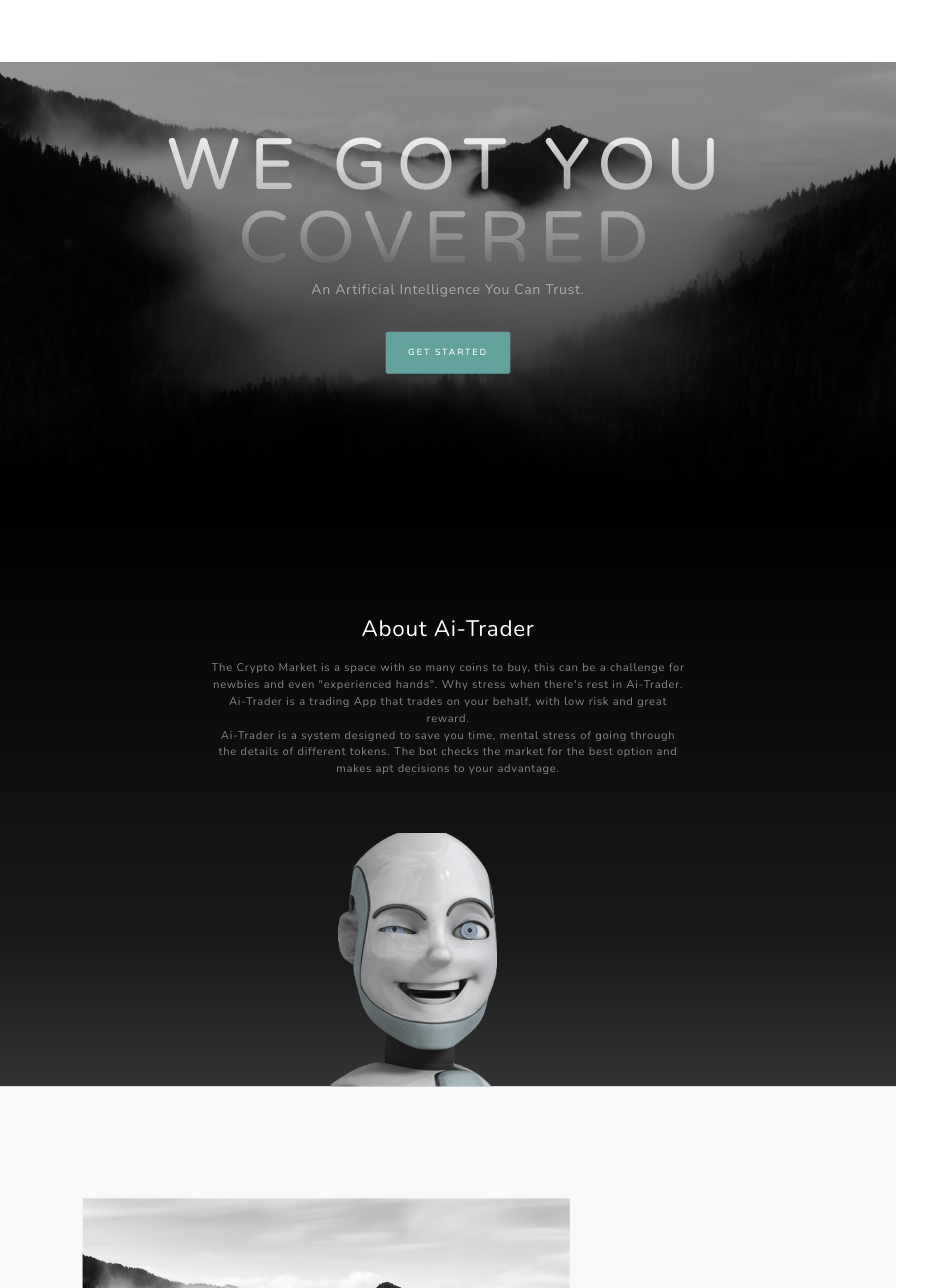
Repository: seyicoded/ico_one
Page: docs/index.html
The author's editor kept a copy of each file at every save. The page is drawn from the files as they stood at one save, then again after the next save.
The browser window is 1280 px wide. The page is 1280 px wide, then 1330 px, so the pictures cover 1330 px, including what lies to the right of the window. The pictures show the part of the page from y = 0 to 1840 px (the page is 4197 px tall before and 3835 px after), at 70% of full size.

Above is the page before, as saved 2022-02-13 16:43:51.

### docs/index.html
<!DOCTYPE html>
<html lang="en">
    <head>
        <meta charset="utf-8" />
        <meta name="viewport" content="width=device-width, initial-scale=1, shrink-to-fit=no" />
        <meta name="description" content="" />
        <meta name="author" content="" />
        <title>Ai-Trader</title>
        <link rel="icon" type="image/x-icon" href="assets/favicon.ico" />
        <!-- Font Awesome icons (free version)-->
        <script src="https://use.fontawesome.com/releases/v5.15.4/js/all.js" crossorigin="anonymous"></script>
        <!-- Google fonts-->
        <link href="https://fonts.googleapis.com/css?family=Varela+Round" rel="stylesheet" />
        <link href="https://fonts.googleapis.com/css?family=Nunito:200,200i,300,300i,400,400i,600,600i,700,700i,800,800i,900,900i" rel="stylesheet" />
        <!-- Core theme CSS (includes Bootstrap)-->
        <link href="css/styles.css" rel="stylesheet" />
        <link href="css/animate.css" rel="stylesheet" />
        <link href="css/custom.css" rel="stylesheet" />
        <script src="js/jquery.js"></script>
        <script src="js/wow.js"></script>
        <script src="js/bs.js"></script>
        <script type="text/javascript">
            //Initiat WOW JS
            window.onload = function(){
                $("#loaderr").hide();
                new WOW().init();
            }
            // new WOW().init();
        </script>
        <style>
            #loaderr{
                position: fixed;
                z-index: 99;
                top: 0;
                bottom: 0;
                left: 0;
                right: 0;
                background: linear-gradient(grey, black);
                display: flex;
                justify-content: center;
                align-items: center;
            }
            #skip-loader{
                position: fixed;
                bottom: 3%;
                right: 3%;
                background-color: transparent;
                color: white;
                border: none;
            }
        </style>
    </head>
    <body id="page-top">
        <!--  loader start -->
        <div id="loaderr">
            <img src="assets/svg/Spin-0.5s-247px.svg" />
            <button id="skip-loader" onclick="$('#loaderr').hide()">skip</button>
        </div>
        <!-- loader stop -->

        <!-- Navigation-->
        <nav class="navbar navbar-expand-lg navbar-light fixed-top" id="mainNav">
            <div class="container px-4 px-lg-5">
                <a class="navbar-brand" href="#page-top">Ai-Trader</a>
                <button class="navbar-toggler navbar-toggler-right" type="button" data-bs-toggle="collapse" data-bs-target="#navbarResponsive" aria-controls="navbarResponsive" aria-expanded="false" aria-label="Toggle navigation">
                    Menu
                    <i class="fas fa-bars"></i>
                </button>
                <div class="collapse navbar-collapse" id="navbarResponsive">
                    <ul class="navbar-nav ms-auto">
                        <li class="nav-item"><a class="nav-link" href="#about">About</a></li>
                        <li class="nav-item"><a class="nav-link" href="#projects">Projects</a></li>
                        <li class="nav-item"><a class="nav-link" href="#signup">Contact</a></li>
                    </ul>
                </div>
            </div>
        </nav>
        <!-- Masthead-->
        <header class="masthead">
            <div class="container px-4 px-lg-5 d-flex h-100 align-items-center justify-content-center">
                <div class="d-flex justify-content-center">
                    <div class="text-center">
                        <h1 class="mx-auto my-0 text-uppercase wow fadeIn animated" data-wow-duration="1090ms" data-wow-delay="1000ms">We Got You Covered</h1>
                        <h2 class="text-white-50 mx-auto mt-2 mb-5 wow fadeIn animated" data-wow-duration="1090ms" data-wow-delay="1300ms">An Artificial Intelligence You Can Trust.</h2>
                        <a class="btn btn-primary wow fadeIn animated" href="#about"  data-wow-duration="1090ms" data-wow-delay="1600ms">Get Started</a>
                    </div>
                </div>
            </div>
        </header>
        <!-- About-->
        <section class="about-section text-center" id="about">
            <div class="container px-4 px-lg-5">
                <div class="row gx-4 gx-lg-5 justify-content-center">
                    <div class="col-lg-8">
                        <h2 class="text-white mb-4">About Ai-Trader</h2>
                        <p class="text-white-50">
                            The Crypto Market is a space with so many coins to buy, this can be a challenge for newbies and even "experienced hands". Why stress when there's rest in Ai-Trader. <br />
                            Ai-Trader is a trading App that trades on your behalf, with low risk and great reward. <br />
                            Ai-Trader is a system designed to save you time, mental stress of going through the details of different tokens. The bot checks the market for the best option and makes apt decisions to your advantage.
                        </p>
                    </div>
                </div>
                <img class="img-fluid" src="assets/img/ipad.png" style="filter: grayscale(80%);" alt="..." />
            </div>
        </section>
        <!-- Projects-->
        <section class="projects-section bg-light" id="projects">
            <div class="container px-4 px-lg-5">
                <!-- Featured Project Row-->
                <div class="row gx-0 mb-4 mb-lg-5 align-items-center">
                    <div class="col-xl-8 col-lg-7"><img class="img-fluid mb-3 mb-lg-0" src="assets/img/bg-masthead.jpg" alt="..." /></div>
                    <div class="col-xl-4 col-lg-5">
                        <div class="featured-text text-center text-lg-left">
                            <h4>Shoreline</h4>
                            <p class="text-black-50 mb-0">Grayscale is open source and MIT licensed. This means you can use it for any project - even commercial projects! Download it, customize it, and publish your website!</p>
                        </div>
                    </div>
                </div>
                <!-- Project One Row-->
                <div class="row gx-0 mb-5 mb-lg-0 justify-content-center">
                    <div class="col-lg-6"><img class="img-fluid" src="assets/img/demo-image-01.jpg" alt="..." /></div>
                    <div class="col-lg-6">
                        <div class="bg-black text-center h-100 project">
                            <div class="d-flex h-100">
                                <div class="project-text w-100 my-auto text-center text-lg-left">
                                    <h4 class="text-white">Misty</h4>
                                    <p class="mb-0 text-white-50">An example of where you can put an image of a project, or anything else, along with a description.</p>
                                    <hr class="d-none d-lg-block mb-0 ms-0" />
                                </div>
                            </div>
                        </div>
                    </div>
                </div>
                <!-- Project Two Row-->
                <div class="row gx-0 justify-content-center">
                    <div class="col-lg-6"><img class="img-fluid" src="assets/img/demo-image-02.jpg" alt="..." /></div>
                    <div class="col-lg-6 order-lg-first">
                        <div class="bg-black text-center h-100 project">
                            <div class="d-flex h-100">
                                <div class="project-text w-100 my-auto text-center text-lg-right">
                                    <h4 class="text-white">Mountains</h4>
                                    <p class="mb-0 text-white-50">Another example of a project with its respective description. These sections work well responsively as well, try this theme on a small screen!</p>
                                    <hr class="d-none d-lg-block mb-0 me-0" />
                                </div>
                            </div>
                        </div>
                    </div>
                </div>
            </div>
        </section>
        <!-- Signup-->
        <section class="signup-section" id="signup">
            <div class="container px-4 px-lg-5">
                <div class="row gx-4 gx-lg-5">
                    <div class="col-md-10 col-lg-8 mx-auto text-center">
                        <i class="far fa-paper-plane fa-2x mb-2 text-white"></i>
                        <h2 class="text-white mb-5">Subscribe to receive updates!</h2>
                        <!-- * * * * * * * * * * * * * * *-->
                        <!-- * * SB Forms Contact Form * *-->
                        <!-- * * * * * * * * * * * * * * *-->
                        <!-- This form is pre-integrated with SB Forms.-->
                        <!-- To make this form functional, sign up at-->
                        <!-- https://startbootstrap.com/solution/contact-forms-->
                        <!-- to get an API token!-->
                        <form class="form-signup" id="contactForm" data-sb-form-api-token="API_TOKEN">
                            <!-- Email address input-->
                            <div class="row input-group-newsletter">
                                <div class="col"><input class="form-control" id="emailAddress" type="email" placeholder="Enter email address..." aria-label="Enter email address..." data-sb-validations="required,email" /></div>
                                <div class="col-auto"><button class="btn btn-primary disabled" id="submitButton" type="submit">Notify Me!</button></div>
                            </div>
                            <div class="invalid-feedback mt-2" data-sb-feedback="emailAddress:required">An email is required.</div>
                            <div class="invalid-feedback mt-2" data-sb-feedback="emailAddress:email">Email is not valid.</div>
                            <!-- Submit success message-->
                            <!---->
                            <!-- This is what your users will see when the form-->
                            <!-- has successfully submitted-->
                            <div class="d-none" id="submitSuccessMessage">
                                <div class="text-center mb-3 mt-2 text-white">
                                    <div class="fw-bolder">Form submission successful!</div>
                                    To activate this form, sign up at
                                    <br />
                                    <a href="https://startbootstrap.com/solution/contact-forms">https://startbootstrap.com/solution/contact-forms</a>
                                </div>
                            </div>
                            <!-- Submit error message-->
                            <!---->
                            <!-- This is what your users will see when there is-->
                            <!-- an error submitting the form-->
                            <div class="d-none" id="submitErrorMessage"><div class="text-center text-danger mb-3 mt-2">Error sending message!</div></div>
                        </form>
                    </div>
                </div>
            </div>
        </section>
        <!-- Contact-->
        <section class="contact-section bg-black">
            <div class="container px-4 px-lg-5">
                <div class="row gx-4 gx-lg-5">
                    <div class="col-md-4 mb-3 mb-md-0">
                        <div class="card py-4 h-100">
                            <div class="card-body text-center">
                                <i class="fas fa-map-marked-alt text-primary mb-2"></i>
                                <h4 class="text-uppercase m-0">Address</h4>
                                <hr class="my-4 mx-auto" />
                                <div class="small text-black-50">4923 Market Street, Orlando FL</div>
                            </div>
                        </div>
                    </div>
                    <div class="col-md-4 mb-3 mb-md-0">
                        <div class="card py-4 h-100">
                            <div class="card-body text-center">
                                <i class="fas fa-envelope text-primary mb-2"></i>
                                <h4 class="text-uppercase m-0">Email</h4>
                                <hr class="my-4 mx-auto" />
                                <div class="small text-black-50"><a href="#!">hello@yourdomain.com</a></div>
                            </div>
                        </div>
                    </div>
                    <div class="col-md-4 mb-3 mb-md-0">
                        <div class="card py-4 h-100">
                            <div class="card-body text-center">
                                <i class="fas fa-mobile-alt text-primary mb-2"></i>
                                <h4 class="text-uppercase m-0">Phone</h4>
                                <hr class="my-4 mx-auto" />
                                <div class="small text-black-50">+1 (555) 902-8832</div>
                            </div>
                        </div>
                    </div>
                </div>
                <div class="social d-flex justify-content-center">
                    <a class="mx-2" href="#!"><i class="fab fa-twitter"></i></a>
                    <a class="mx-2" href="#!"><i class="fab fa-facebook-f"></i></a>
                    <a class="mx-2" href="#!"><i class="fab fa-github"></i></a>
                </div>
            </div>
        </section>
        <!-- Footer-->
        <footer class="footer bg-black small text-center text-white-50"><div class="container px-4 px-lg-5">Copyright &copy; Your Website 2021</div></footer>
        <!-- Bootstrap core JS-->
        <script src="https://cdn.jsdelivr.net/npm/bootstrap@5.1.3/dist/js/bootstrap.bundle.min.js"></script>
        <!-- Core theme JS-->
        <script src="js/scripts.js"></script>

        <!-- * * * * * * * * * * * * * * * * * * * * * * * * * * * * * * * * * * * * * * * *-->
        <!-- * *                               SB Forms JS                               * *-->
        <!-- * * Activate your form at https://startbootstrap.com/solution/contact-forms * *-->
        <!-- * * * * * * * * * * * * * * * * * * * * * * * * * * * * * * * * * * * * * * * *-->
        <script src="https://cdn.startbootstrap.com/sb-forms-latest.js"></script>
    </body>
</html>

### docs/js/scripts.js
/*!
* Start Bootstrap - Grayscale v7.0.4 (https://startbootstrap.com/theme/grayscale)
* Copyright 2013-2021 Start Bootstrap
* Licensed under MIT (https://github.com/StartBootstrap/startbootstrap-grayscale/blob/master/LICENSE)
*/
//
// Scripts
//

window.addEventListener('DOMContentLoaded', event => {

    // Navbar shrink function
    var navbarShrink = function () {
        const navbarCollapsible = document.body.querySelector('#mainNav');
        if (!navbarCollapsible) {
            return;
        }
        if (window.scrollY === 0) {
            navbarCollapsible.classList.remove('navbar-shrink')
        } else {
            navbarCollapsible.classList.add('navbar-shrink')
        }

    };

    // Shrink the navbar
    navbarShrink();

    // Shrink the navbar when page is scrolled
    document.addEventListener('scroll', navbarShrink);

    // Activate Bootstrap scrollspy on the main nav element
    const mainNav = document.body.querySelector('#mainNav');
    if (mainNav) {
        new bootstrap.ScrollSpy(document.body, {
            target: '#mainNav',
            offset: 74,
        });
    };

    // Collapse responsive navbar when toggler is visible
    const navbarToggler = document.body.querySelector('.navbar-toggler');
    const responsiveNavItems = [].slice.call(
        document.querySelectorAll('#navbarResponsive .nav-link')
    );
    responsiveNavItems.map(function (responsiveNavItem) {
        responsiveNavItem.addEventListener('click', () => {
            if (window.getComputedStyle(navbarToggler).display !== 'none') {
                navbarToggler.click();
            }
        });
    });

});

Loaded but not shown: docs/css/styles.css (library); docs/css/animate.css (library); docs/js/jquery.js (library); docs/js/wow.js (library); docs/js/bs.js (library); docs/css/custom.css (no stored copy; drawn as an empty file)

After the next save:
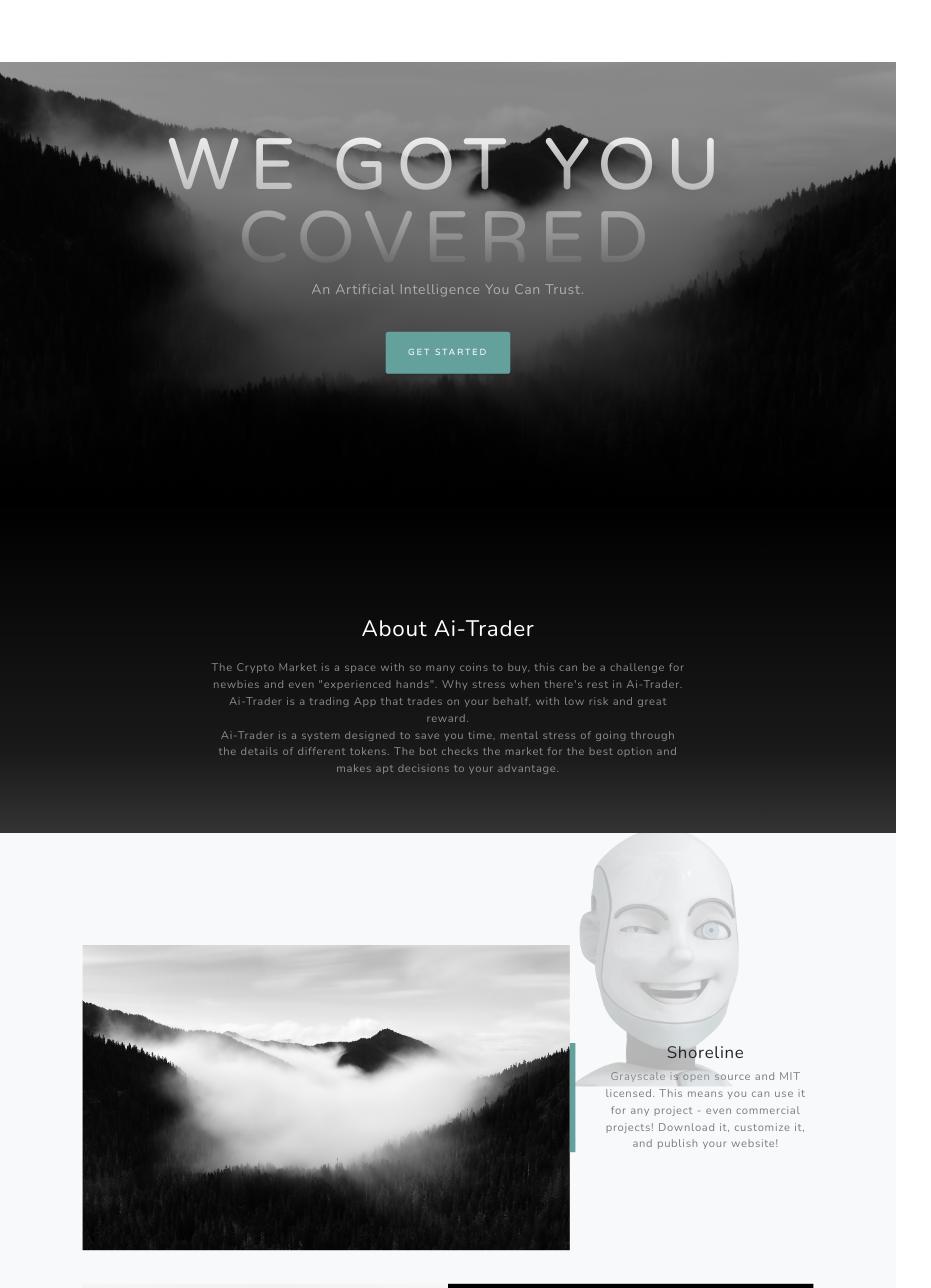
Saved 78 s later.
--- a/docs/index.html
+++ b/docs/index.html
@@ -100,7 +100,7 @@
                         </p>
                     </div>
                 </div>
-                <img class="img-fluid" src="assets/img/ipad.png" style="filter: grayscale(80%);" alt="..." />
+                <img class="img-fluid" src="assets/img/ipad.png" style="filter: grayscale(80%); position: absolute; opacity: 30%;" alt="..." />
             </div>
         </section>
         <!-- Projects-->
